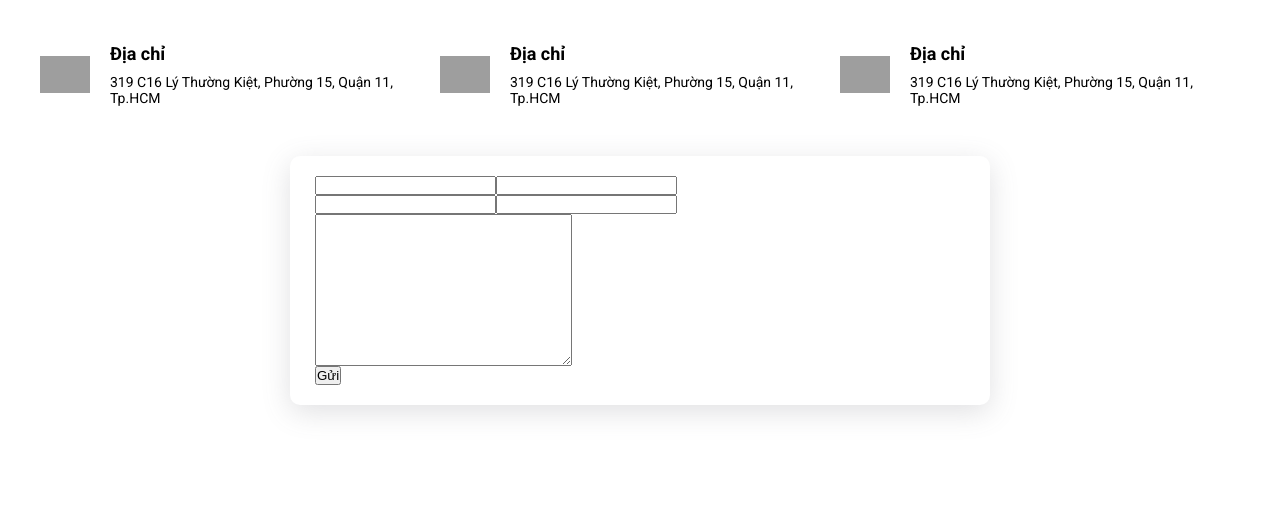
Repository: web345/WEBNANGCAO-clock-
Page: contact.html
These files come from the project's save history. The page is drawn as it stood at one moment and after the next save; the edit follows.
The browser window is 1280 px wide. The pictures show the part of the page from y = 678 to 1183 px (the page is 1183 px tall).
Pictures or frames that could not be fetched are drawn as grey boxes. Some web libraries are served in a nearby version.

Above is the page before, as saved 2021-09-10 20:22:35.

### contact.html
<!DOCTYPE html>
<html lang="en">
  <head>
    <meta charset="UTF-8" />
    <meta http-equiv="X-UA-Compatible" content="IE=edge" />
    <meta name="viewport" content="width=device-width, initial-scale=1.0" />
    <title>Document</title>
    <link rel="preconnect" href="https://fonts.gstatic.com" />
    <link
      href="https://fonts.googleapis.com/css2?family=Roboto:ital,wght@0,100;0,300;0,400;0,500;0,700;0,900;1,100;1,300;1,400;1,500;1,700;1,900&display=swap"
      rel="stylesheet"
    />
    <link rel="stylesheet" href="./CSS/index.css" />
    <link rel="stylesheet" href="./CSS/contact.css" />
    <link
      rel="stylesheet"
      href="https://cdnjs.cloudflare.com/ajax/libs/font-awesome/5.15.3/css/all.min.css"
    />
    <!-- thư viện slick slider  -->
    <link
      rel="stylesheet"
      type="text/css"
      href="//cdn.jsdelivr.net/npm/slick-carousel@1.8.1/slick/slick.css"
    />
  </head>
  <body>
    <header>
      <div class="header-1">
        <div class="container">
          <div class="header-1-s">
            <div class="header-1-item-1">
              <p class="header-1-item-text-1">
                <i class="fas fa-map-marker-alt icon"></i> 319 - C16 Lý Thường
                Kiệt, P.15, Q.11, Tp.HCM
              </p>
              <p class="header-1-item-text-1">
                <i class="fas fa-phone-alt icon"></i>
                <a href="" class="header-1-item-text-link">076 922 0162</a>
              </p>
            </div>
            <div class="header-1-item-1">
              <p class="header-1-item-text-2">
                <a href="" class="header-1-item-text-link"
                  ><i class="fab fa-facebook-f"></i
                ></a>
              </p>
              <p class="header-1-item-text-2">
                <a href="" class="header-1-item-text-link"
                  ><i class="fab fa-instagram"></i
                ></a>
              </p>
              <p class="header-1-item-text-2">
                <a href="" class="header-1-item-text-link"
                  ><i class="fab fa-twitter"></i
                ></a>
              </p>
            </div>
          </div>
        </div>
      </div>

      <div class="header-2">
        <div class="container">
          <div class="header-2-s">
            <div class="header-2-logo">
              <img src="./logo/logo-mona-2.png" alt="" />
            </div>

            <div class="header-2-search">
              <input type="text" placeholder="Tìm kiếm" />
              <button type="submit"><i class="fas fa-search"></i></button>
            </div>

            <div class="header-2-right">
              <p class="header-2-right-text">
                <a href=""><i class="fas fa-heart"></i></a>
              </p>
              <p class="header-2-right-cart">
                <span class="header-2-right-number">0</span>
              </p>
            </div>
          </div>
        </div>
      </div>

      <!-- lam phan icon de dropmenu khi responsive -->
      <input type="checkbox" id="toggle-menu" />
      <label for="toggle-menu" class="header-icon-responsive">
        <i class="fas fa-bars" id="header-icon1"></i>
        <i class="fas fa-times" id="header-icon2"></i>
      </label>
      <div class="header-3">
        <div class="header-3-s">
          <ul class="header-3-list">
            <li class="header-3-list-item active">
              <a href="./index.html" class="header-3-list-item-link"
                >Trang chủ</a
              >
            </li>
            <li class="header-3-list-item">
              <a href="./introduce.html" class="header-3-list-item-link"
                >Giới thiệu</a
              >
            </li>
            <li class="header-3-list-item">
              <a href="./product-boy.html" class="header-3-list-item-link"
                >đồng hồ nam</a
              >
            </li>
            <li class="header-3-list-item">
              <a href="./product-girl.html" class="header-3-list-item-link"
                >đồng hồ nữ</a
              >
            </li>
            <li class="header-3-list-item">
              <a href="./news.html" class="header-3-list-item-link">blogs</a>
            </li>
            <li class="header-3-list-item">
              <a href="./contact.html" class="header-3-list-item-link"
                >liên hệ</a
              >
            </li>
            <li class="header-3-list-item">
              <a href="" class="header-3-list-item-link">Đăng nhập</a>
            </li>
            <li class="header-3-list-item header-3-list-item-mobile">
              <div class="header-3-list-item-search">
                <input
                  type="text"
                  name=""
                  id=""
                  class="header-3-list-item-search-input"
                  placeholder="Tìm kiếm"
                />
                <button class="header-3-list-item-search-btn" type="submit">
                  <i class="fas fa-search"></i>
                </button>
              </div>
            </li>
          </ul>
        </div>
      </div>
    </header>
    <!-- hết phần header  -->

    <div class="contact">
      <div class="container">
        <div class="contact-maps">
          <div class="contact__maps-epu">
            <iframe
              src="https://www.google.com/maps/embed?pb=!1m18!1m12!1m3!1d3723.657060482336!2d105.78272751429809!3d21.04640359255304!2m3!1f0!2f0!3f0!3m2!1i1024!2i768!4f13.1!3m3!1m2!1s0x3135abb158a2305d%3A0x5c357d21c785ea3d!2zVHLGsOG7nW5nIMSQ4bqhaSBo4buNYyDEkGnhu4duIEzhu7Fj!5e0!3m2!1svi!2s!4v1631268219230!5m2!1svi!2s"
              width="1200"
              height="450"
              style="border: 0"
              allowfullscreen=""
              loading="lazy"
            ></iframe>
          </div>
        </div>
        <div class="contact-list">
          <div class="contact-item">
            <img src="./contact/contact1.PNG" alt="" class="contact-image" />
            <div class="contact-info">
              <h3 class="info-name">Địa chỉ</h3>
              <p class="info-desc">
                319 C16 Lý Thường Kiệt, Phường 15, Quận 11, Tp.HCM
              </p>
            </div>
          </div>
          <div class="contact-item">
            <img src="./contact/contact1.PNG" alt="" class="contact-image" />
            <div class="contact-info">
              <h3 class="info-name">Địa chỉ</h3>
              <p class="info-desc">
                319 C16 Lý Thường Kiệt, Phường 15, Quận 11, Tp.HCM
              </p>
            </div>
          </div>
          <div class="contact-item">
            <img src="./contact/contact1.PNG" alt="" class="contact-image" />
            <div class="contact-info">
              <h3 class="info-name">Địa chỉ</h3>
              <p class="info-desc">
                319 C16 Lý Thường Kiệt, Phường 15, Quận 11, Tp.HCM
              </p>
            </div>
          </div>
        </div>
        <form action="#">
          <div class="form-group">
            <input type="text" class="contact-form" />
            <input type="text" class="contact-form" />
          </div>
          <div class="form-group">
            <input type="text" class="contact-form" />
            <input type="text" class="contact-form" />
          </div>
          <div class="form-group">
            <textarea name="" id="" cols="30" rows="10"></textarea>
          </div>
          <button type="submit" class="btn-contact">Gửi</button>
        </form>
      </div>
    </div>

    <!-- làm phần footer  -->
    <!-- <footer>
      <div class="container">
        <div class="footer-s">
          <div class="row2">
            <div class="footer-item footer-item-1">
              <h2 class="footer-item-tittle">THÔNG TIN LIÊN HỆ</h2>
              <div class="footer-item-list">
                <div class="footer-item-list-item">
                  <div class="footer-item-list-item-icon">
                    <i class="fas fa-map-marker-alt"></i>
                  </div>
                  <div class="footer-item-list-item-text">
                    <p>
                      <a href=""
                        >319 C16 Lý Thường Kiệt, Phường 15, Quận 11, Tp.HCM</a
                      >
                    </p>
                  </div>
                </div>

                <div class="footer-item-list-item">
                  <div class="footer-item-list-item-icon">
                    <i class="fas fa-phone-alt"></i>
                  </div>
                  <div class="footer-item-list-item-text">
                    <p><a href="">076 922 0162</a></p>
                  </div>
                </div>

                <div class="footer-item-list-item">
                  <div class="footer-item-list-item-icon">
                    <i class="fas fa-envelope-open-text"></i>
                  </div>
                  <div class="footer-item-list-item-text">
                    <p><a href="">demonhunterg@gmail.com mon@mona.media</a></p>
                  </div>
                </div>

                <div class="footer-item-list-item">
                  <div class="footer-item-list-item-icon">
                    <i class="fab fa-skype"></i>
                  </div>
                  <div class="footer-item-list-item-text">
                    <p><a href="">demonhunterp</a></p>
                  </div>
                </div>
              </div>
              <div class="footer-item-icon">
                <div class="footer-item-icon-item footer-item-icon-item-face">
                  <a href=""><i class="fab fa-facebook-f"></i></a>
                </div>
                <div class="footer-item-icon-item footer-item-icon-item-insta">
                  <a href=""><i class="fab fa-instagram"></i></a>
                </div>
                <div
                  class="footer-item-icon-item footer-item-icon-item-twitter"
                >
                  <a href=""><i class="fab fa-twitter"></i></a>
                </div>
                <div class="footer-item-icon-item footer-item-icon-item-wifi">
                  <a href=""><i class="fas fa-wifi"></i></a>
                </div>
                <div class="footer-item-icon-item footer-item-icon-item-linked">
                  <a href=""><i class="fab fa-linkedin-in"></i></a>
                </div>
              </div>
            </div>

            <div class="footer-item footer-item-1">
              <h2 class="footer-item-tittle">LIÊN KẾT</h2>
              <div class="footer-item-list">
                <div class="footer-item-list-item">
                  <div class="footer-item-list-item-text">
                    <p><a href="./introduce.html">Giới thiệu</a></p>
                  </div>
                </div>

                <div class="footer-item-list-item">
                  <div class="footer-item-list-item-text">
                    <p><a href="./product-boy.html">Đồng hồ nam</a></p>
                  </div>
                </div>

                <div class="footer-item-list-item">
                  <div class="footer-item-list-item-text">
                    <p><a href="./product-girl.html">Đồng hồ nữ</a></p>
                  </div>
                </div>

                <div class="footer-item-list-item">
                  <div class="footer-item-list-item-text">
                    <p><a href="./news.html">Blogs</a></p>
                  </div>
                </div>

                <div class="footer-item-list-item">
                  <div class="footer-item-list-item-text">
                    <p><a href="./contact.html">Liên hệ</a></p>
                  </div>
                </div>
              </div>
            </div>

            <div class="footer-item footer-item-1">
              <h2 class="footer-item-tittle">HỖ TRỢ</h2>
              <div class="footer-item-list">
                <div class="footer-item-list-item">
                  <div class="footer-item-list-item-text">
                    <p><a href="./introduce.html">Hướng dẫn mua hàng</a></p>
                  </div>
                </div>

                <div class="footer-item-list-item">
                  <div class="footer-item-list-item-text">
                    <p><a href="./introduce.html">Hướng dẫn thanh toán</a></p>
                  </div>
                </div>

                <div class="footer-item-list-item">
                  <div class="footer-item-list-item-text">
                    <p><a href="./introduce.html">Chính sách bảo hành</a></p>
                  </div>
                </div>

                <div class="footer-item-list-item">
                  <div class="footer-item-list-item-text">
                    <p><a href="./introduce.html">Chính sách đổi trả</a></p>
                  </div>
                </div>

                <div class="footer-item-list-item">
                  <div class="footer-item-list-item-text">
                    <p><a href="./contact.html">Tư vấn khách hàng</a></p>
                  </div>
                </div>
              </div>
            </div>

            <div class="footer-item footer-item-4">
              <h2 class="footer-item-tittle">TẢI ỨNG DỤNG TRÊN</h2>
              <div class="footer-item-list">
                <div class="footer-item-list-item">
                  <div class="footer-item-list-item-text">
                    <p>
                      <a href=""
                        >Ứng dụng Mona Watch hiện có sẵn trên Google Play & App
                        Store. Tải nó ngay.</a
                      >
                    </p>
                  </div>
                </div>

                <div class="footer-item-list-item">
                  <img
                    class="footer-item-list-item-img"
                    src="http://mauweb.monamedia.net/donghohaitrieu/wp-content/uploads/2019/07/img-googleplay.jpg"
                    alt=""
                  />
                </div>

                <div class="footer-item-list-item">
                  <img
                    class="footer-item-list-item-img"
                    src="http://mauweb.monamedia.net/donghohaitrieu/wp-content/uploads/2019/07/img-appstore.jpg"
                    alt=""
                  />
                </div>
              </div>
            </div>
          </div>
        </div>
      </div>
      <h3 class="footer-banquyen">Lương Ngọc Vinh - Nguyễn Huy Hoàng</h3>
    </footer> -->

    <!-- thư viện js của jquery -->
    <script src="https://cdnjs.cloudflare.com/ajax/libs/jquery/3.6.0/jquery.min.js"></script>
    <!-- thư viện js của AOS -->
    <script src="https://cdnjs.cloudflare.com/ajax/libs/aos/2.0.2/aos.js"></script>
    <script>
      AOS.init({
        offset: 120,
        duration: 500,
      });
    </script>
    <!-- thư viện js của slick slider -->
    <script
      type="text/javascript"
      src="//cdn.jsdelivr.net/npm/slick-carousel@1.8.1/slick/slick.min.js"
    ></script>
    <script>
      $(document).ready(function () {
        $(".single-item").slick({
          autoplay: true,
          autoplaySpeed: 2000,
          prevArrow: ".main-banner-arrow-left",
          nextArrow: ".main-banner-arrow-right",
        });

        $(".responsive").slick({
          dots: false,
          infinite: true,
          speed: 300,
          slidesToShow: 4,
          slidesToScroll: 4,
          prevArrow: ".main-3-tittle-arrow-left",
          nextArrow: ".main-3-tittle-arrow-right",
          autoplay: true,
          autoplaySpeed: 1500,
          responsive: [
            {
              breakpoint: 1024,
              settings: {
                slidesToShow: 3,
                slidesToScroll: 3,
                infinite: true,
                dots: false,
              },
            },
            {
              breakpoint: 680,
              settings: {
                slidesToShow: 2,
                slidesToScroll: 2,
              },
            },
            {
              breakpoint: 480,
              settings: {
                slidesToShow: 1,
                slidesToScroll: 1,
              },
            },
            // You can unslick at a given breakpoint now by adding:
            // settings: "unslick"
            // instead of a settings object
          ],
        });
      });
    </script>
  </body>
</html>

### CSS/contact.css
.contact {
  margin-top: 30px;
  margin-bottom: 100px;
}

.contact-list {
  margin-top: 40px;
  display: flex;
  justify-content: space-between;
}
.contact-item {
  display: flex;
  align-items: center;
}

.contact-item img {
  width: 50px;
  margin-right: 20px;
}

h3.info-name {
  font-size: 18px;
  margin-bottom: 10px;
}

form {
  max-width: 700px;
  width: 100%;
  margin: 50px auto 0;
  background-color: #fff;
  box-shadow: rgba(100, 100, 111, 0.2) 0px 7px 29px 0px;
  padding: 20px 25px;
  border-radius: 10px;
}

.form-group {
  display: flex;
  align-items: center;
}

Loaded but not shown: CSS/index.css (1088 lines, source omitted)

After the next save:
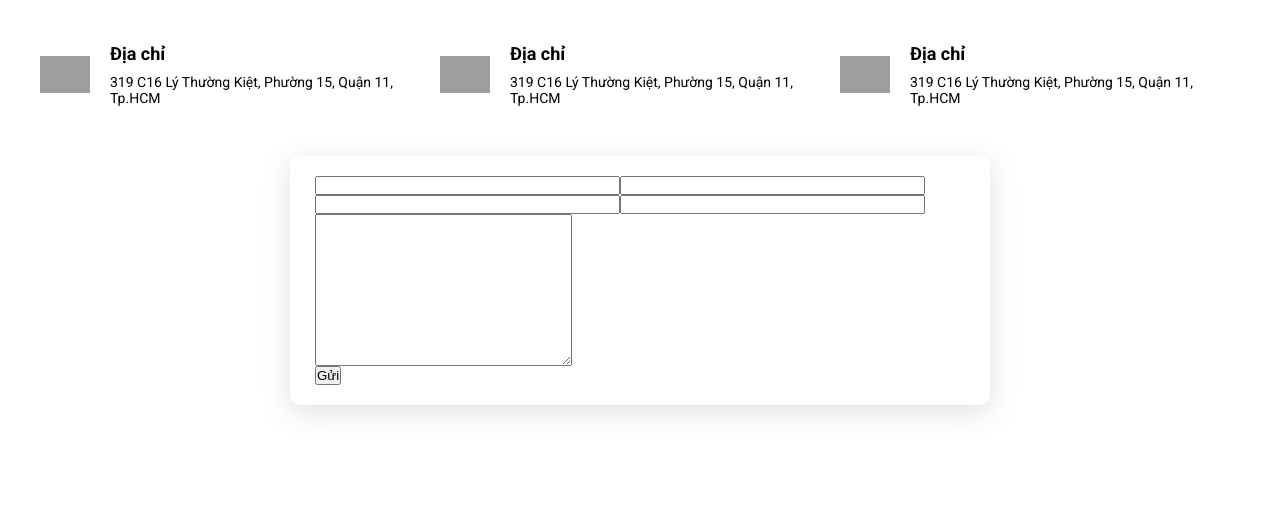
Saved 20 s later.
--- a/CSS/contact.css
+++ b/CSS/contact.css
@@ -37,3 +37,7 @@ form {
   display: flex;
   align-items: center;
 }
+
+.form-group input {
+  width: calc(50% - 20px);
+}
